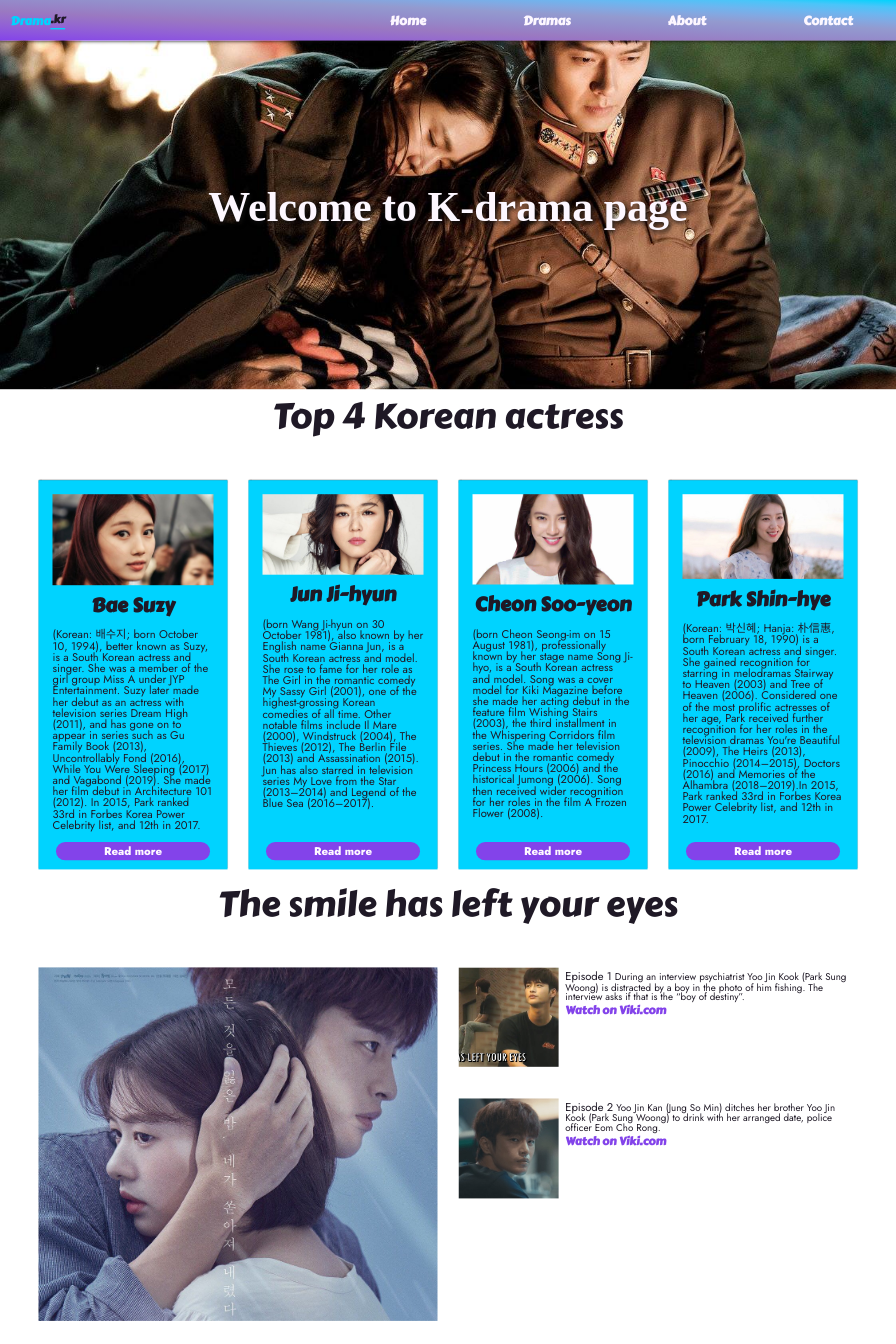
Repository: michalskirobert/K-drama-website
Page: index.html
An editor plug-in stored every save of this project. The page is shown before and after the next save, followed by the edit.
The browser window is 1280 px wide. The pictures show the part of the page from y = 0 to 1920 px (the page is 2752 px tall), at 70% of full size.
The pointer rests on the first visible `.logo`.
A picture or video elsewhere on the page could not be fetched, so the positions and the page height are approximate. Some web fonts or font styles are not loaded; a fallback is used.

Above is the page before, as saved 2020-10-26 22:09:34.

### index.html
<!DOCTYPE html>
<html lang="en">

<head>
  <meta charset="UTF-8" />
  <meta name="viewport" content="width=device-width, initial-scale=1.0" />
  <meta name="author" content="Robert Michalski" />
  <meta name="description" content="Websie about K-drama" />
  <meta name="keywords" content="k-drama, korea, south" />
  <link rel="stylesheet" href="./css/style.css" />
  <link
    href="https://fonts.googleapis.com/css2?family=Roboto:ital,wght@0,100;0,300;0,400;0,500;0,700;0,900;1,100;1,300;1,400;1,500;1,700;1,900&display=swap"
    rel="stylesheet">
  <meta property="og:site_name" content="K-dramas" />
  <meta property="og:url" content="www.example.com" />
  <meta property="og:type" content="website" />
  <meta name="title" property="og:title" content="K-dramas are awesome!" />
  <meta name="image" property="og:image" content="./image/banner.jpg" />
  <meta property="og:image:type" content="image/png">
  <meta property="og:image:width" content="1024">
  <meta property="og:image:height" content="1024">
  <title>K-drama world</title>
</head>

<body>
  <header>
    <nav>
      <a href="./index.html" class="logo">Drama<span>.kr</span></a>
      <ul class="nav-list">
        <li><a href="#" class="nav-links">Home</a></li>
        <li><a href="#" class="nav-links">Dramas</a></li>
        <li><a href="#" class="nav-links">About</a></li>
        <li><a href="#" class="nav-links">Contact</a></li>
      </ul>
    </nav>
  </header>
  <main>
    <section class="banner">
      <div class="vertical__text">
        <h2>Welcome to K-drama page</h2>
      </div>
    </section>
    <section class="home main--box">
      <h1>Top 4 Korean actress</h1>
      <div class="container">
        <div class="box__item">
          <div class="box">
            <img src="./img/actress/bae__suzy.jpg" alt="Bae Suzy" id="suzyBae" /></a>
            <h2>Bae Suzy</h2>
            <p>
              (Korean: 배수지; born October 10, 1994), better known as Suzy, is a South Korean actress and
              singer. She was a member of the girl group Miss A under JYP Entertainment. Suzy later made her debut as an
              actress with television series Dream High (2011), and has gone on to appear in series such as Gu Family
              Book (2013), Uncontrollably Fond (2016), While You Were Sleeping (2017) and Vagabond (2019). She made her
              film debut in Architecture 101 (2012). In 2015, Park ranked 33rd in Forbes Korea Power Celebrity list, and
              12th in 2017.
            </p>
            <div class="btn__item">
              <a href="https://en.wikipedia.org/wiki/Bae_Suzy" target="_blank" class="box__button">Read more</a>
            </div>
          </div>
        </div>
        <div class="box__item">
          <div class="box">
            <img src="./img/actress/Jun_Ji_Hyun.jpg" alt="Jun ji hyun" id="junJiHyun">
            <h2>Jun Ji-hyun</h2>
            <p>
              (born Wang Ji-hyun on 30 October 1981), also known by her English name Gianna Jun, is a South
              Korean actress and model. She rose to fame for her role as The Girl in the romantic comedy My Sassy Girl
              (2001), one of the highest-grossing Korean comedies of all time. Other notable films include Il Mare
              (2000), Windstruck (2004), The Thieves (2012), The Berlin File (2013) and Assassination (2015).
              Jun has also starred in television series My Love from the Star (2013–2014) and Legend of the Blue Sea
              (2016–2017).
            </p>
            <div class="btn__item">
            <a href="https://en.wikipedia.org/wiki/Jun_Ji-hyun" target="_blank" class="box__button">Read more</a>
            </div>
          </div>
        </div>
        <div class="box__item">
          <div class="box">
            <img src="./img/actress/song-ji-hyo.jpg" alt="Cheon Soo-yeon" id="cheonSooYeon" />
            <h2>Cheon Soo-yeon</h2>
            <p>
              (born Cheon Seong-im on 15 August 1981), professionally known by her stage name Song Ji-hyo, is a South
              Korean actress and model. Song was a cover model for Kiki Magazine before she made her acting debut in the
              feature film Wishing Stairs (2003), the third installment in the Whispering Corridors film series. She
              made her television debut in the romantic comedy Princess Hours (2006) and the historical Jumong (2006).
              Song then received wider recognition for her roles in the film A Frozen Flower (2008).
            </p>
            <div class="btn__item">
            <a href="https://en.wikipedia.org/wiki/Song_Ji-hyo" class="box__button">Read more</a>
            </div>
          </div>
        </div>
        <div class="box__item">
          <div class="box">
            <img src="./img/actress/park_shinhye.jpg" alt="Park Shin-hye" id="parkShinHye" />
            <h2>Park Shin-hye</h2>
            <p>
              (Korean: 박신혜; Hanja: 朴信惠, born February 18, 1990) is a South Korean actress and singer. She gained
              recognition for starring in melodramas Stairway to Heaven (2003) and Tree of Heaven (2006). Considered one
              of the most prolific actresses of her age, Park received further recognition for her roles in the
              television dramas You're Beautiful (2009), The Heirs (2013), Pinocchio (2014–2015), Doctors (2016) and
              Memories of the Alhambra (2018–2019).In 2015, Park ranked 33rd in Forbes Korea Power Celebrity list, and
              12th in 2017.
            </p>
            <div class="btn__item">
            <a href="https://en.wikipedia.org/wiki/Park_Shin-hye" target="_blank" class="box__button">Read more</a>
            </div>
          </div>
        </div>
      </div>
      </div>
    </section>
    <section class="drama__list">
      <h2>The smile has left your eyes</h2>
      <div class="container container--drama">
        <div class="image__container__item">
          <img src="./img/dramas/theSmileHasLeftYourEyes.jpg" alt="">
        </div>
        <div class="drama__container">
          <div class="box__item box__item--drama">
            <div class="box box--drama">
              <img src="./img/dramas/tshlEp1.jpg" alt="">
              <p>
                <b>Episode 1</b>
                During an interview psychiatrist Yoo Jin Kook (Park Sung Woong) is distracted by a boy in the photo of
                him fishing. The interview asks if that is the “boy of destiny”.
              </p>
              <a href="https://www.viki.com/tv/36185c-the-smile-has-left-your-eyes" target="_blank">Watch on
                Viki.com</a>
            </div>
          </div>
          <div class="box__item box__item--drama">
            <div class="box box--drama">
              <img src="./img/dramas/tshlEp2.jpg" alt="">
              <p>
                <b>Episode 2</b>
                Yoo Jin Kan (Jung So Min) ditches her brother Yoo Jin Kook (Park Sung Woong) to drink with her arranged
                date, police officer Eom Cho Rong.
              </p>
              <a href="https://www.viki.com/tv/36185c-the-smile-has-left-your-eyes" target="_blank">Watch on
                Viki.com</a>
            </div>
          </div>
        </div>
      </div>
      <h2>Descendants of the Sun</h2>
      <div class="container container--drama">
        <div class="image__container__item desc">
          <img src="./img/dramas/Descendants_of_the_Sun.jpg" alt="Descendants of the Sun">
        </div>
        <div class="content__box">
          <p>Descendants of the Sun (Korean: 태양의 후예; RR: Taeyang-ui Huye) is a 2016 South Korean television series
            starring Song Joong-ki, Song Hye-kyo, Jin Goo, and Kim Ji-won. It aired on KBS2 from February 24
            to April 14, 2016 for 16 episodes. KBS then aired three additional special episodes from April 20 to
            April 22, 2016 containing highlights and the best scenes from the series, the drama's production process,
            behind-the-scenes footage, commentaries from cast members and the final epilogue. <br>

            The series was a major hit in South Korea where it drew a peak audience share of 38.8%. It received
            several awards, such as winning the Grand Prize in television at the 52nd Baeksang Arts Awards; and was
            named the Most Popular Show of the year by Korea Broadcasting Advertising Corporation. <br>

            The show was broadcast across Asia where it was hugely popular and has been credited with a rise in
            tourism to Korea. A local adaptation has aired in Vietnam and adaptations are planned in
            China and the Philippines.. The actors in the show also received international recognition.
          </p>
          <a href="https://www.viki.com/tv/23205c-descendants-of-the-sun">Watch on Viki.com</a>
        </div>
      </div>
      </div>
      </div>
    </section>
  </main>
  <footer>
    <div class="container__footer">
      <div class="nav__item">
        <ul class="nav-list footer">
          <li><b class="footerHeading">Menu</b></li>
          <li><a href="#">Home</a></li>
          <li><a href="#">Dramas</a></li>
          <li><a href="#">About</a></li>
          <li><a href="#">Contact</a></li>
        </ul>
        <ul class="social-media">
          <li><b class="footerHeading">Social Media</b></li>
          <li><a href="#">Facebook</a></li>
          <li><a href="#">Twitter</a></li>
          <li><a href="#">YouTube</a></li>
          <li><a href="#">Instagram</a></li>
        </ul>
        <ul class="service">
          <li><b class="footerHeading">Service</b></li>
          <li><a href="#">Support</a></li>
          <li><a href="#">Join us</a></li>
          <li><a href="#">Label</a></li>
          <li><a href="#">Shop</a></li>
        </ul>
        <ul class="partners">
          <li><b class="footerHeading">Partners</b></li>
          <li><a href="#">Viki.com</a></li>
          <li><a href="#">Enjoy.com</a></li>
          <li><a href="#">SoutKorea.kr</a></li>
          <li><a href="#">Naver.com</a></li>
        </ul>
      </div>
      <div class="form__newsletter">
        <div id="hidden__communicate">
        </div>
        <label for="mail">Newsletter</label>
        <input type="email" name="mail" id="valid__mail" placeholder="your e-mail"><input type="submit" value="Send"
          id="button" onclick="sendButton()">
      </div>
  </footer>
</body>
<script type="text/javascript" src="./js/index.js"></script>

</html>

### css/style.css
/*made by Robert Michalski*/

@import "reset.css";

/* carter-one-regular - latin */
@font-face {
  display: swap;
  font-family: "Carter One";
  font-style: normal;
  font-weight: 400;
  src: local("Carter One"), local("CarterOne"),
    url("./fonts/carter-one-v12-latin-regular.woff2") format("woff2"),
    /* Chrome 26+, Opera 23+, Firefox 39+ */
      url("./fonts/carter-one-v12-latin-regular.woff") format("woff"); /* Chrome 6+, Firefox 3.6+, IE 9+, Safari 5.1+ */
}

/* gloria-hallelujah-regular - latin */
@font-face {
  display: swap;
  font-family: "Gloria Hallelujah";
  font-style: normal;
  font-weight: 400;
  src: local("Gloria Hallelujah"), local("GloriaHallelujah"),
    url("./fonts/gloria-hallelujah-v12-latin-regular.woff2") format("woff2"),
    /* Chrome 26+, Opera 23+, Firefox 39+ */
      url("./fonts/gloria-hallelujah-v12-latin-regular.woff") format("woff"); /* Chrome 6+, Firefox 3.6+, IE 9+, Safari 5.1+ */
}

/* jost-regular - latin */
@font-face {
  font-family: "Jost";
  font-style: normal;
  font-weight: 400;
  src: local(""), url("./fonts/jost-v4-latin-regular.woff2") format("woff2"),
    /* Chrome 26+, Opera 23+, Firefox 39+ */
      url("./fonts/jost-v4-latin-regular.woff") format("woff"); /* Chrome 6+, Firefox 3.6+, IE 9+, Safari 5.1+ */
}
/* jost-600 - latin */
@font-face {
  font-family: "Jost";
  font-style: normal;
  font-weight: 600;
  src: local(""), url("./fonts/jost-v4-latin-600.woff2") format("woff2"),
    /* Chrome 26+, Opera 23+, Firefox 39+ */
      url("./fonts/jost-v4-latin-600.woff") format("woff"); /* Chrome 6+, Firefox 3.6+, IE 9+, Safari 5.1+ */
}
/* jost-800 - latin */
@font-face {
  font-family: "Jost";
  font-style: normal;
  font-weight: 800;
  src: local(""), url("./fonts/jost-v4-latin-800.woff2") format("woff2"),
    /* Chrome 26+, Opera 23+, Firefox 39+ */
      url("./fonts/jost-v4-latin-800.woff") format("woff"); /* Chrome 6+, Firefox 3.6+, IE 9+, Safari 5.1+ */
}
/* jost-italic - latin */
@font-face {
  font-family: "Jost";
  font-style: italic;
  font-weight: 400;
  src: local(""), url("./fonts/jost-v4-latin-italic.woff2") format("woff2"),
    /* Chrome 26+, Opera 23+, Firefox 39+ */
      url("./fonts/jost-v4-latin-italic.woff") format("woff"); /* Chrome 6+, Firefox 3.6+, IE 9+, Safari 5.1+ */
}

:root {
  --ff-primary: "Jost", sans-serif;
  --ff-secondary: "Carter One";
  --ff-unique: "Gloria Hallelujah";

  --fw-h2: 600;
  --fw-h3: 900;
  --fw-p: 400;

  --fs-h1: 30px;
  --fs-h2: 28px;
  --fs-h3: 20px;
  --fs-p: 16px;

  --crl-primary: #8343ea;
  --crl-scondary: #9d89b3;
  --crl-tertiary: #00d3ff;
  --crl-default: #1f1926;
  --crl-basic: #fdf7ff;
}

*,
*::after,
*::before {
  box-sizing: border-box;
  margin: 0;
  padding: 0;
  text-decoration: none;
  font-family: var(--ff-primary);
  color: var(--crl-default);
}

header {
  width: 100%;
  position: fixed;
  background-image: linear-gradient(
    to right top,
    #8343ea,
    #8b52e0,
    #9160d6,
    #966dcb,
    #9a79c1,
    #9685c7,
    #9390cc,
    #939acf,
    #83a8e1,
    #6cb6f0,
    #4ac5f9,
    #00d3fd
  );
  max-height: 10vh;
  box-shadow: 0 0 5px #111;
  z-index: 255;
}

nav {
  display: flex;
  flex-direction: column;
  align-items: center;
}

main {
  padding-top: 5vh;
}

h1,
h2,
h3,
h4,
h5,
h6 {
  font-family: var(--ff-secondary);
  padding: 15px 0;
}

h1,
h2 {
  text-align: center;
  margin: 0 auto;
}

h1 {
  font-size: var(--fs-h1);
}

h2 {
  font-size: var(--fs-h2);
}

h3 {
  font-size: var(--fs-h3);
}

p,
b,
i,
label {
  font-family: var(--ff-primary);
  font-size: var(--fs-p);
}

i {
  font-weight: 400;
}

.box__button {
  font-family: var(--ff-primary);
}

@media only screen and (min-width: 768px) {
  nav {
    display: flex;
    flex-direction: row;
    flex-wrap: wrap;
    align-items: center;
  }
}

.logo {
  font-size: 34px;
  text-align: center;
  margin: 0 auto;
  color: var(--crl-basic);
  font-family: var(--ff-secondary);
  display: flex;
  align-items: center;
  line-height: 38px;
}

@media screen and (min-width: 768px) {
  .logo {
    width: 55px;
  }
}

.logo span {
  color: var(--crl-tertiary);
  font-size: 0.5em;
  transition: font-size 0.5s ease, border-bottom 0.7s ease-in;
}

.logo:hover {
  color: var(--crl-tertiary);
}

.logo:hover > span {
  color: var(--crl-default);
  font-size: var(--fs-p);
  border-bottom: 2px solid var(--crl-tertiary);
}

.nav-list {
  display: flex;
  list-style: none;
  justify-content: space-around;
}

.nav-list li {
  padding-left: 15px;
}

.nav-links {
  color: var(--crl-basic);
  font-size: 18px;
}

.nav-links:hover,
.nav-links:focus {
  color: var(--crl-tertiary);
  font-size: 18px;
  font-weight: bold;
  transition: 0.5s ease;
  border: none;
}

.container {
  padding-top: 50px;
  max-width: 1200px;
  display: flex;
  flex-direction: column;
}

.container img {
  text-align: center;
  margin: 0 auto;
  display: block;
  width: 100%;
}

.box__item h2 {
  font-size: var(--fs-h2);
  font-weight: var(--fw-h2);
  margin-bottom: 5px;
}
.box {
  display: flex;
  position: relative;
  flex-direction: column;
  padding: 20px;
  box-shadow: 0 0 2px #111;
  overflow: hidden;
  height: calc(100% + 35px);
  background-color: var(--crl-tertiary);
}

.box--drama {
  background-color: transparent;
}

.banner {
  background-image: url(./../img/banner.jpg);
  background-position: center;
  background-size: cover;
  background-repeat: no-repeat;
  height: calc(100vh - 200px);
  width: 100%;
  display: table;
}
.vertical__text {
  display: table-cell;
  vertical-align: middle;
}
.banner h2 {
  font-size: 60px;
  font-weight: 900;
  line-height: 70px;
  color: var(--crl-basic);
  text-align: center;
  text-shadow: 2px 2px 8px #111;
  display: block;
  font-family: var(--ff-unique);
}
.box__item {
  display: flex;
  margin-bottom: 15px;
  padding: 0 15px 30px 15px;
}
a {
  font-family: var(--ff-secondary);
  color: var(--crl-primary);
  font-weight: bold;
}
a:hover {
  color: red;
  font-size: 17px;
  font-weight: 900;
  transition: 0.5s;
}
@media only screen and (min-width: 768px) {
  .container {
    margin-top: 50px;
    flex-direction: row;
    flex-wrap: wrap;
  }
  .box__item {
    display: flex;
    flex-basis: 50%;
    padding: 0 15px 30px 15px;
  }
}

.box__button {
  display: inline-block;
  width: calc(100% - 50px);
  font-size: 16px;
  border: none;
  color: var(--crl-basic);
  font-weight: 900;
  padding: 5px;
  border-radius: 150px;
  background-color: var(--crl-primary);
}
.box__button:hover {
  background-color: var(--crl-scondary);
  color: var(--crl-basic);
  padding: 8px;
  transition: 0.5s ease-in-out;
}

@media only screen and (min-width: 1200px) {
  .logo {
    display: flex;
    align-content: center;
    float: left;
    margin-left: 15px;
    line-height: normal;
  }
  .container {
    display: flex;
    flex-direction: row;
    flex-wrap: wrap;
    width: 100%;
    margin: 0 auto;
  }
  .box__item {
    flex-basis: 25%;
  }
  .nav-list {
    margin-left: auto;
    width: 800px;
    height: 8vh;
    align-items: center;
  }
  .content__box {
    flex-basis: 50%;
  }
  .desc {
    width: 600px;
  }
}

.image__container__item {
  padding: 0 15px 30px 15px;
}

.box.box--drama {
  display: block;
  padding: 0;
  align-items: center;
  border: none;
  box-shadow: none;
}
.box.box--drama p {
  margin-left: 10px;
  padding: 5px;
  font-size: 14px;
}
.box.box--drama img {
  margin-right: 10px;
  width: 30%;
  float: left;
}
h3 {
  font-size: 18px;
  font-weight: 900;
  height: fit-content;
}
.drama__title {
  display: block;
}
.content__box {
  padding: 0 15px 30px 15px;
}

@media only screen and (min-width: 768px) {
  h1,
  h2 {
    font-size: 50px;
  }
  .image__container__item {
    display: flex;
    align-items: center;
    max-width: 50%;
  }
  .box.box--drama {
    padding: 0;
    align-items: center;
  }
  .box.box--drama img {
    float: left;
    margin-top: 0;
    margin-right: 10px;
    width: 25%;
  }
  .drama__container {
    display: flex;
    flex-direction: column;
    max-width: 1200px;
    flex-basis: 50%;
  }
  .content__box {
    padding: 0 15px 30px 15px;
  }
  .desc > img {
    width: 100%;
  }
  .desc {
    margin: 0 auto;
    text-align: center;
    display: block;
    max-width: 1200px;
  }
}

footer {
  width: 100%;
  background-color: var(--crl-default);
  height: fit-content;
  display: flex;
  flex-direction: column;
}
.container__footer {
  display: flex;
  padding: 15px 0;
  flex-wrap: wrap;
  justify-content: center;
}
.nav-list.footer {
  display: flex;
  flex-direction: column;
  padding: 0 20px 0;
  flex-basis: 50%;
}

.nav-list.footer a,
.service a,
.social-media a,
.partners a {
  color: var(--crl-basic);
  line-height: 26px;
}

footer label,
footer h3,
footer p {
  color: var(--crl-scondary);
  font-weight: var(--fw-h2);
}

#hidden__communicate {
  display: none;
  color: green;
  margin-bottom: 2px;
  font-weight: 900;
}

#hidden__communicate::after {
  content: " ✔️";
}
footer h3::after {
  content: url(./../img/letter.png);
  margin-left: 5px;
}

.form__newsletter {
  padding-top: 30px;
  position: relative;
  margin: 0 auto;
}

footer [type="submit"] {
  background-color: var(--crl-primary);
  color: var(--crl-basic);
  border: none;
  padding: 7px;
  font-weight: 900;
  width: 75px;
  transition: background-color 0.5s ease;
}
footer [type="submit"]:hover {
  background-color: var(--crl-scondary);
}
input {
  padding: 5px;
}

.footerHeading {
  color: var(--crl-scondary);
  font-weight: 900;
  font-size: 20px;
  line-height: 50px;
}
.social-media,
.service,
.partners {
  flex-basis: 50%;
  padding: 0 20px 0;
}
.nav__item {
  display: flex;
  flex-wrap: wrap;
  flex-direction: row;
  align-items: center;
  justify-content: flex-start;
}

.btn__item {
  width: 100%;
  text-align: center;
  padding-top: 25px;
}

@media only screen and (min-width: 1200px) {
  .nav__item {
    display: flex;
    flex-wrap: nowrap;
    flex-direction: row;
    align-items: center;
    justify-content: flex-start;
  }
}

@media only screen and (min-width: 765px) {
  .btn__item {
    width: 100%;
    text-align: center;
    position: absolute;
    left: 0;
    right: 0;
    top: 93%;
    padding: 0;
  }
}

### js/index.js
function sendButton() {
  let button = document.getElementById("button");
  let comm = document.getElementById("hidden__communicate");
  if ((comm.style.display = "none")) {
    comm.style.display = "block";
    comm.innerHTML = "Your request has been sent";
    button.style.color = "white";
    button.style.background = "green";
  } else {
  }
}

### css/reset.css
html, body, div, span, applet, object, iframe,
h1, h2, h3, h4, h5, h6, p, blockquote, pre,
a, abbr, acronym, address, big, cite, code,
del, dfn, em, img, ins, kbd, q, s, samp,
small, strike, strong, sub, sup, tt, var,
b, u, i, center,
dl, dt, dd, ol, ul, li,
fieldset, form, label, legend,
table, caption, tbody, tfoot, thead, tr, th, td,
article, aside, canvas, details, embed,
figure, figcaption, footer, header, hgroup,
menu, nav, output, ruby, section, summary,
time, mark, audio, video {
	margin: 0;
	padding: 0;
	border: 0;
	outline: 0;
	font-size: 100%;
	font: inherit;
	vertical-align: baseline;
	background: transparent;
}
/* HTML5 display-role reset for older browsers */
article, aside, details, figcaption, figure,
footer, header, hgroup, menu, nav, section {
	display: block;
}
body {
	line-height: 1;
}
ol, ul {
	list-style: none;
}
blockquote, q {
	quotes: none;
}
blockquote:before, blockquote:after,
q:before, q:after {
	content: '';
	content: none;
}
table {
	border-collapse: collapse;
	border-spacing: 0;
}

After the next save:
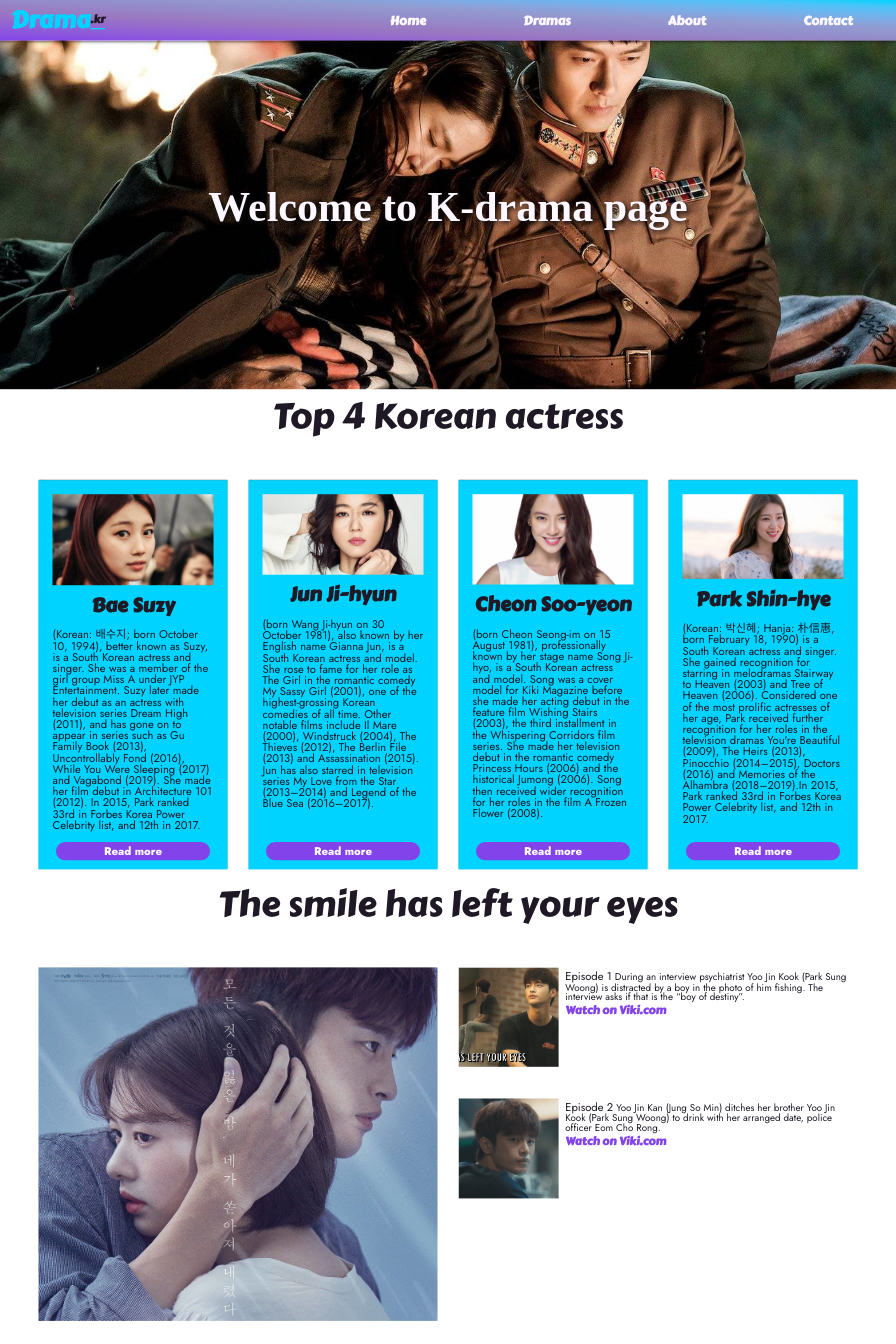
Saved 37 s later.
--- a/css/style.css
+++ b/css/style.css
@@ -205,6 +205,7 @@
 }
 
 .logo:hover {
+  font-size: 34px;
   color: var(--crl-tertiary);
 }
 
